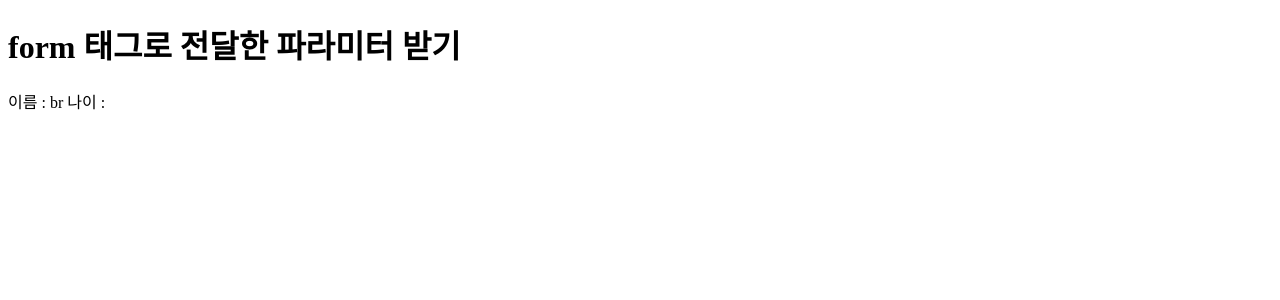
Repository: gajami-kim/240430_JSPJSTL_Study
Page: http://localhost/jstl_study/step-4.jsp
An editor plug-in stored every save of this project. The page is shown before and after the next save, followed by the edit.
The browser window is 1280 px wide. The pictures show the whole page.
The page is served by Tomcat 9.

Above is the page before, as saved 2024-04-11 03:16:48.

After the next save:
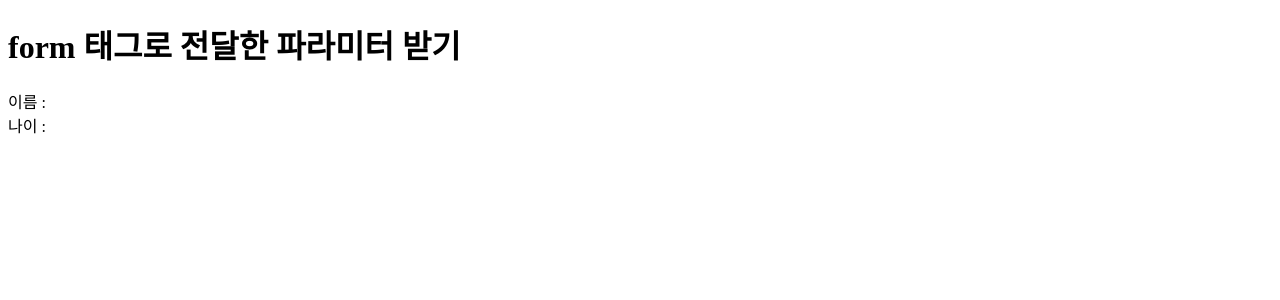
Saved 4 s later.
--- a/_jspl_workspace/jstl_study/src/main/webapp/step-4.jsp
+++ b/_jspl_workspace/jstl_study/src/main/webapp/step-4.jsp
@@ -8,7 +8,7 @@
 </head>
 <body>
 	<h1>form 태그로 전달한 파라미터 받기</h1>
-	이름 : ${param.name } br
+	이름 : ${param.name } <br>
 	나이 : ${param.age }
 </body>
 </html>
